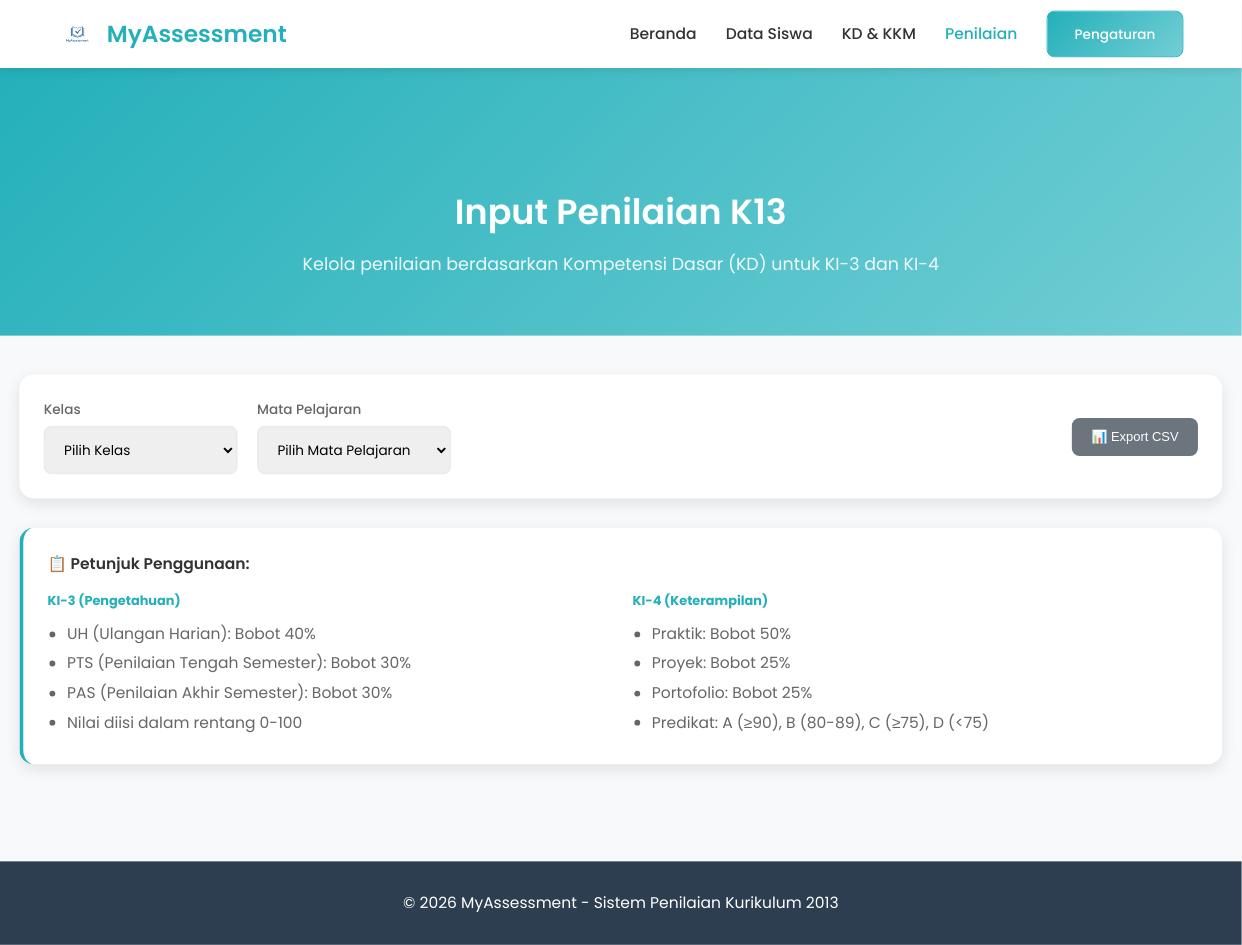
Repository: Ws529/MyAssassment_Final
Page: MyAssessment/wwwroot/penilaian.html
An editor plug-in stored every save of this project. The page is shown before and after the next save, followed by the edit.
The browser window is 1280 px wide. The pictures show the whole page, at 97% of full size.
The page's requests for data from a server got no answer.

Above is the page before, as saved 2026-01-01 14:12:08.

After the next save:
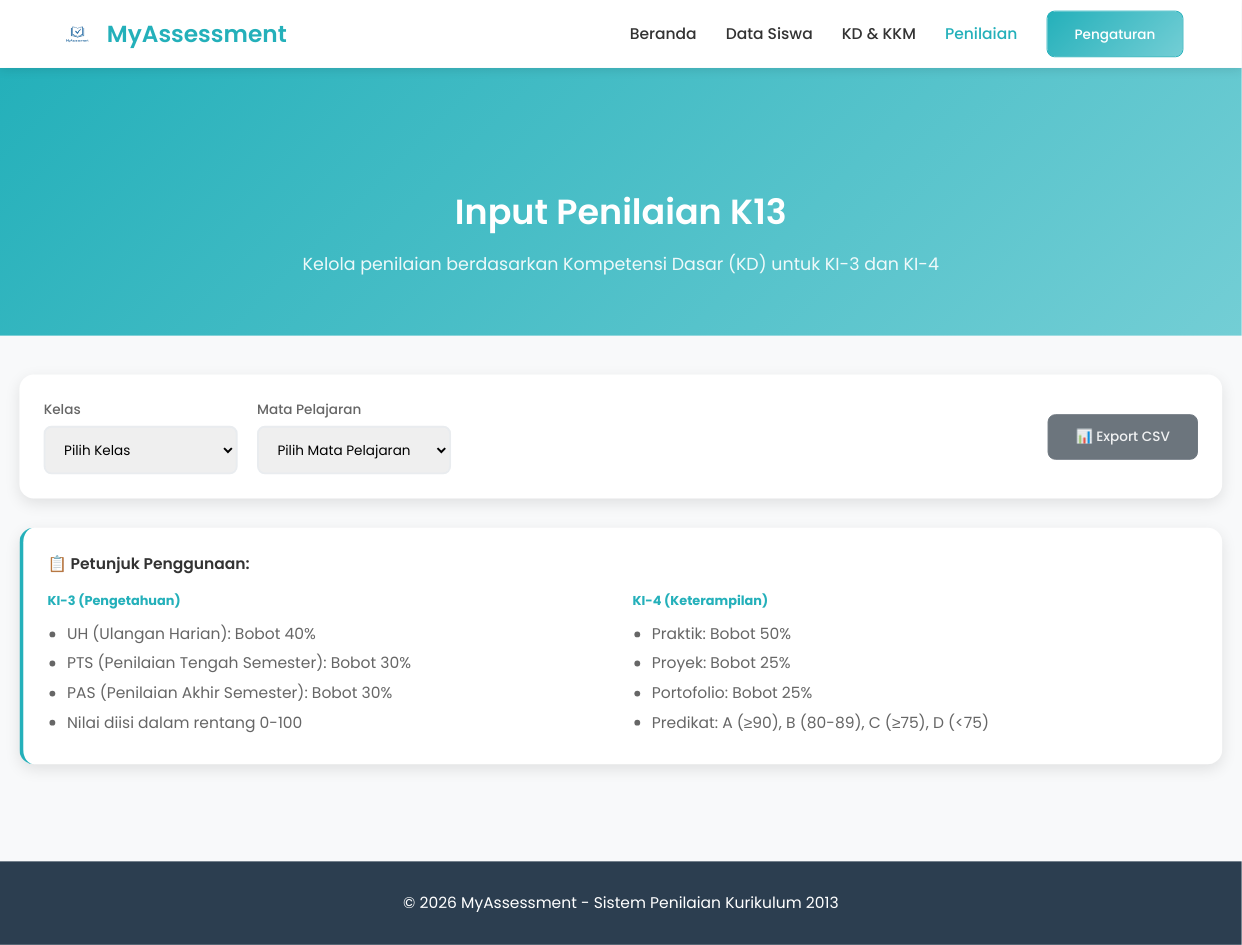
Saved 13 s later.
--- a/MyAssessment/wwwroot/penilaian.html
+++ b/MyAssessment/wwwroot/penilaian.html
@@ -108,7 +108,7 @@
                     </select>
                 </div>
                 <div class="filter-actions">
-                    <button class="btn-export btn-csv" onclick="exportCSV()">📊 Export CSV</button>
+                    <button class="btn-neon btn-neon-secondary" onclick="exportCSV()">📊 Export CSV</button>
                 </div>
             </div>
             <div class="grade-container" id="ki3Container" style="display:none;">
